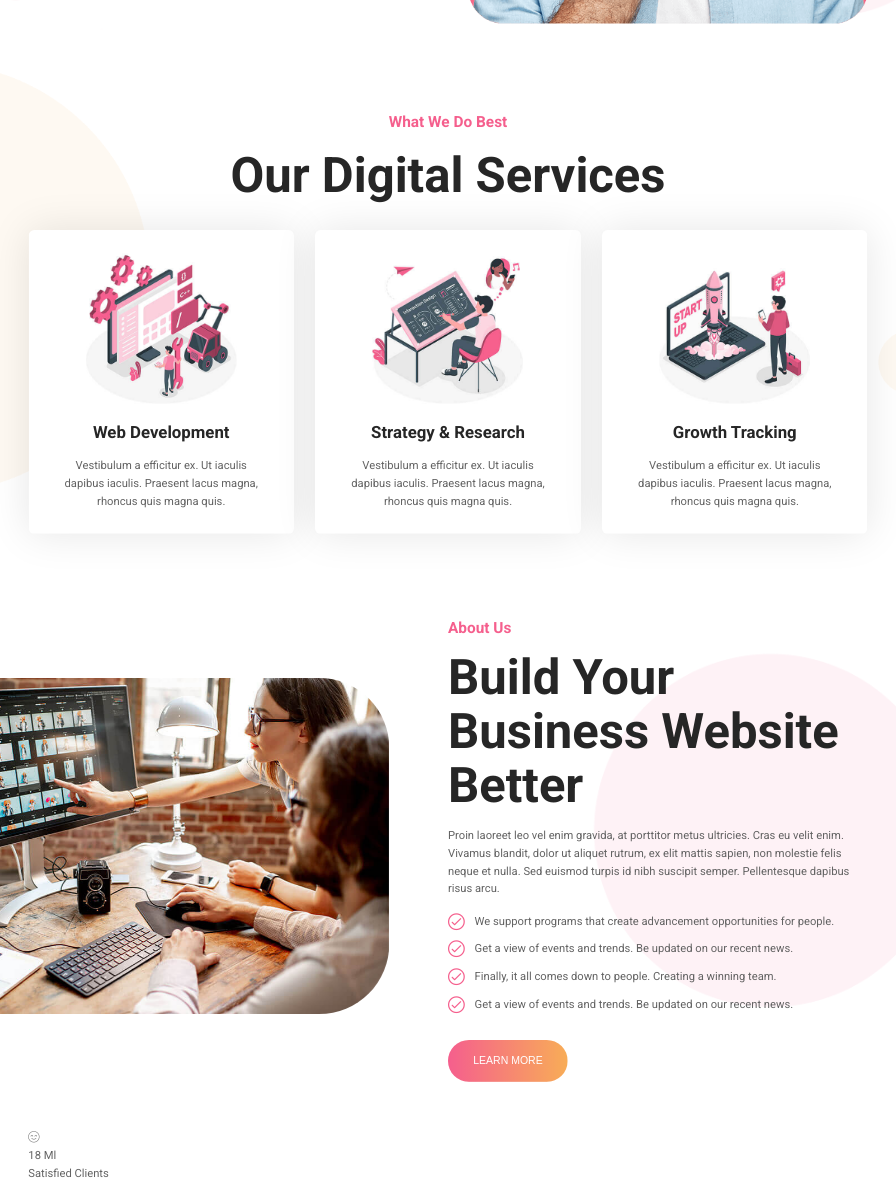
Repository: ducdatit2002/samar
Page: index.html
These files come from the project's save history. The page is drawn as it stood at one moment and after the next save; the edit follows.
The browser window is 1280 px wide. The pictures show the part of the page from y = 741 to 2661 px (the page is 2430 px tall before and 2661 px after), at 70% of full size.

Above is the page before, as saved 2023-07-27 09:54:37.

### index.html
<!DOCTYPE html>
<html lang="en">
  <head>
    <meta charset="UTF-8" />
    <meta name="viewport" content="width=device-width, initial-scale=1.0" />
    <title>Samar - HTML Template</title>

    <!-- FONT AWESOME -->
    <link
      rel="stylesheet"
      href="https://cdnjs.cloudflare.com/ajax/libs/font-awesome/6.4.0/css/all.min.css"
      integrity="sha512-iecdLmaskl7CVkqkXNQ/ZH/XLlvWZOJyj7Yy7tcenmpD1ypASozpmT/E0iPtmFIB46ZmdtAc9eNBvH0H/ZpiBw=="
      crossorigin="anonymous"
      referrerpolicy="no-referrer"
    />
    <!-- LINE AWESOME -->
    <link
      rel="stylesheet"
      href="https://maxst.icons8.com/vue-static/landings/line-awesome/line-awesome/1.3.0/css/line-awesome.min.css"
    />
    <!-- GOOGLE FONT -->
    <link rel="preconnect" href="https://fonts.googleapis.com" />
    <link rel="preconnect" href="https://fonts.gstatic.com" crossorigin />
    <link
      href="https://fonts.googleapis.com/css2?family=Hind:wght@300;400;700&family=Roboto:wght@300;400;500;700&display=swap"
      rel="stylesheet"
    />
    <!-- FLATICON -->
    <link rel="stylesheet" href="./css/flaticon/flaticon.css" />
    <!-- ANIMATE -->
    <link
      rel="stylesheet"
      href="https://cdnjs.cloudflare.com/ajax/libs/animate.css/4.1.1/animate.min.css"
    />
    <!-- ANIMATE WOW-->
    <link rel="stylesheet" href="./css/animate.css" />
    <!-- MAIN CSS -->
    <link rel="stylesheet" href="./index.css" />
  </head>
  <body>
    <!-- HEADER -->
    <header>
      <div class="container">
        <div class="header__content">
          <a href="#">
            <img src="./img/logo-2.png" alt="logo-2" />
          </a>
          <nav>
            <ul>
              <li>
                <a href="#">
                  <span>Home</span>
                  <i class="fa fa-chevron-down"></i>
                </a>
              </li>
              <li>
                <a href="#">
                  <span>Pages</span>
                  <i class="fa fa-chevron-down"></i>
                </a>
              </li>
              <li>
                <a href="#">
                  <span>Services</span>
                  <i class="fa fa-chevron-down"></i>
                </a>
              </li>
              <li>
                <a href="#">
                  <span>Post Layout</span>
                  <i class="fa fa-chevron-down"></i>
                </a>
              </li>
              <li>
                <a href="#">
                  <span>Blog</span>
                  <i class="fa fa-chevron-down"></i>
                </a>
              </li>
              <li>
                <a href="#">
                  <span>Contact Us</span>
                  <i class="fa fa-chevron-down"></i>
                </a>
              </li>
            </ul>
            <div class="header__button">
              <button class="btn-gradient">Get A Quote</button>
            </div>
          </nav>
        </div>
      </div>
    </header>
    <!-- CAROUSEL -->
    <section class="saCarousel">
      <div class="container">
        <div class="saCarousel__content">
          <div class="saCarousel__left">
            <div class="title">
              <p class="animate__animated animate__fadeInUp">We are The Best</p>
              <h2 class="animate__animated animate__fadeInUp animate__delay-1s">
                Freelance Product Designer Running
              </h2>
            </div>
            <div class="saCarousel__article">
              <p class="animate__animated animate__fadeInUp animate__delay-2s">
                We develop the relationships that underpin the next phase in
                your
                <br />organisation’s growth.
              </p>
              <ul class="animate__animated animate__fadeInUp animate__delay-3s">
                <li>
                  <i class="las la-check"></i>
                  Master's degree in designing
                </li>
                <li>
                  <i class="las la-check"></i>
                  Outstanding mobile design
                </li>
              </ul>
              <button
                class="btn-gradient animate__animated animate__fadeInUp animate__delay-4s"
              >
                GET STARTED
              </button>
            </div>
          </div>
          <div class="saCarousel__right">
            <div
              class="saCarousel__banner animate__animated animate__fadeInUp animate__delay-3s"
            >
              <img src="./img/pic3_1.png" alt="pic3_1" />
            </div>
          </div>
        </div>
      </div>
    </section>
    <!-- SERVICES -->
    <div class="services section-inner">
      <div class="container">
        <div class="title">
          <p>What We Do Best</p>
          <h2>Our Digital Services</h2>
        </div>
        <div class="services__content">
          <div class="services__item">
            <img src="./img/pic1_3.jpg" alt="pic1_3" />
            <h3>Web Development</h3>
            <p>
              Vestibulum a efficitur ex. Ut iaculis dapibus iaculis. Praesent
              lacus magna, rhoncus quis magna quis.
            </p>
          </div>
          <div class="services__item">
            <img src="./img/pic2_2.jpg" alt="pic2_2" />
            <h3>Strategy & Research</h3>
            <p>
              Vestibulum a efficitur ex. Ut iaculis dapibus iaculis. Praesent
              lacus magna, rhoncus quis magna quis.
            </p>
          </div>
          <div class="services__item">
            <img src="./img/pic3_2.jpg" alt="pic3_2" />
            <h3>Growth Tracking</h3>
            <p>
              Vestibulum a efficitur ex. Ut iaculis dapibus iaculis. Praesent
              lacus magna, rhoncus quis magna quis.
            </p>
          </div>
        </div>
      </div>
    </div>
    <!-- ABOUT US -->
    <section class="aboutUs section-inner">
      <div class="container">
        <div class="aboutUs__content">
          <div
            class="aboutUs__left wow animate__ animate__fadeInLeft animated"
            data-wow-duration="2s"
            data-wow-delay="0.2s"
            style="
              visibility: visible;
              animation-duration: 2s;
              animation-delay: 0.2s;
              animation-name: fadeInLeft;
            "
          >
            <img src="./img/pic1.jpg" alt="pic1" />
          </div>
          <div
            class="aboutUs__right wow animate__ animate__fadeInRight animated"
            data-wow-duration="2s"
            data-wow-delay="0.2s"
            style="
              visibility: visible;
              animation-duration: 2s;
              animation-delay: 0.2s;
              animation-name: fadeInRight;
            "
          >
            <div class="title">
              <p>About Us</p>
              <h2>Build Your Business Website Better</h2>
            </div>
            <p>
              Proin laoreet leo vel enim gravida, at porttitor metus ultricies.
              Cras eu velit enim. Vivamus blandit, dolor ut aliquet rutrum, ex
              elit mattis sapien, non molestie felis neque et nulla. Sed euismod
              turpis id nibh suscipit semper. Pellentesque dapibus risus arcu.
            </p>
            <ul>
              <li>
                <i class="flaticon-check"></i>
                We support programs that create advancement opportunities for
                people.
              </li>
              <li>
                <i class="flaticon-check"></i>
                Get a view of events and trends. Be updated on our recent news.
              </li>
              <li>
                <i class="flaticon-check"></i>
                Finally, it all comes down to people. Creating a winning team.
              </li>
              <li>
                <i class="flaticon-check"></i>
                Get a view of events and trends. Be updated on our recent news.
              </li>
            </ul>
            <button class="btn-gradient">Learn More</button>
          </div>
        </div>
      </div>
    </section>
    <section class="number">
      <div class="container">
        <div class="number__content">
          <div class="number__item">
            <i class="flaticon-smile"></i>
            <p>
              <span class="counter">18</span>
              Ml
            </p>
            <p>Satisfied Clients</p>
          </div>
        </div>
      </div>
    </section>
    <!-- ANIMATE WOW -->
    <script src="./js/wow.min.js"></script>
    <script>
      new WOW().init();
    </script>
    <!-- JQUERY -->
    <script
      src="https://cdnjs.cloudflare.com/ajax/libs/jquery/3.7.0/jquery.js"
      integrity="sha512-8Z5++K1rB3U+USaLKG6oO8uWWBhdYsM3hmdirnOEWp8h2B1aOikj5zBzlXs8QOrvY9OxEnD2QDkbSKKpfqcIWw=="
      crossorigin="anonymous"
      referrerpolicy="no-referrer"
    ></script>
  </body>
</html>

### index.css
/* GLOBAL */
* {
  margin: 0;
  padding: 0;
  box-sizing: border-box;
}
html,
body {
  font-family: "Hind", sans-serif;
  font-family: "Roboto", sans-serif;
  color: #636363;
  font-weight: 400;
  line-height: 1.6;
}
a {
  text-decoration: none;
}
.container {
  max-width: 1199px;
  margin: auto;
}
li {
  list-style: none;
}
.section-inner {
    padding-top: 115px;
}
/* TITLE */
.title p {
    font-weight: 600;
    font-size: 22px;
    margin-bottom: 20px;
    color: #f55f8d;
}
.title h2 {
    font-size: 70px;
    line-height: 1.1;
    font-weight: 800;
    color: #262626;
    margin-bottom: 20px;
}
/* HEADER */
header {
  position: absolute;
  top: 0;
  left: 0;
  width: 100%;
}
.header__content {
  display: flex;
  justify-content: space-between;
  align-items: center;
}
.header__content nav {
  display: flex;
  align-items: center;
}
.header__content nav ul {
  display: flex;
  margin-right: 30px;
}
.header__content li {
  padding: 55px 15px;
  list-style: none;
}
.header__content li a {
  color: #070120;
  text-transform: capitalize;
  font-size: 15px;
  font-weight: 500;
  transition: all 0.5s;
}
.header__content span {
  display: inline-block;
  transition: all 0.1s;
}
.header__content a:hover {
  color: #f55f8d;
}
.header__content a:hover span {
  animation: upToDown 0.3s;
}
.header__content i {
  font-size: 9px;
  margin-top: -3px;
  vertical-align: middle;
}
.btn-gradient {
  padding: 20px 35px;
  font-size: 15px;
  font-weight: 500;
  background-image: linear-gradient(
    to right,
    #f55f8d 0,
    #f8ae56 51%,
    #f55f8d 100%
  );
  background-size: 200%;
  border: 1px solid transparent;
  transition: all 0.5s;
  border-radius: 30px;
  color: #fff;
  cursor: pointer;
  outline: none;
  text-transform: uppercase;
  line-height: 1.2;
}
.btn-gradient:hover {
  background-position: right center;
  color: #fff;
  text-decoration: none;
}
/* CAROUSEL */
.saCarousel {
    padding-top: 180px;
    overflow: hidden;
    background-image: url(./img/pic2.png);
    background-position: top;
    background-size: 100%;
}
.saCarousel__content {
    display: flex;
    align-items: center;
}
.saCarousel__left {
    width: 60%;
}
.saCarousel__article p {
    font-size: 18px;
    margin-bottom: 15px;
}
.saCarousel__article ul {
    margin-bottom: 20px;
}
.saCarousel__article li {
    padding: 10px 5px 10px 0;
    font-size: 20px;
}
.saCarousel__article i {
    width: 35px;
    height: 35px;
    line-height: 35px;
    text-align: center;
    font-size: 24px;
    color: #fff;
    border-radius: 35px;
    font-weight: 900;
    background-image: linear-gradient(to right, #f55f8d 0, #f8ae56 51%, #f55f8d 100%);
    background-size: 200%;
    margin-right: 10px;
}
/* SERVICES */
.services {
    background-image: url(./img/bg2.png);
    background-size: cover;
    background-position: top center;
    text-align: center;
}
.services__content {
    display: grid;
    grid-template-columns: repeat(3, 1fr);
    gap: 30px;
    margin-top: 40px;
}
.services__item {
    border-radius: 0.5rem;
    background: #fff;
    box-shadow: 0 0 60px 0 rgba(0, 0, 0, 0.1);
    padding: 30px 45px;
    transform: translateY(0);
    transition: all 0.5s;
    border-image: 100 round;
    border: 3px solid transparent;
}
.services__item img {
    width: 215px;
}
.services__item h3 {
    font-weight: 700;
    font-size: 1.5rem;
    color: #262626;
    margin: 15px 0;
}
.services__item:hover {
    transform: translateY(-20px);
    border-image: url(../img/br.png) 1 round;
}
/* ABOUT US */
.aboutUs {
    background-image: url(../img/bg15.png);
    background-size: 100%;
    background-position: center right;
    background-repeat: no-repeat;
    padding-top: 450px;
    padding-bottom: 400px;
    overflow: hidden;
}
.aboutUs__content {
    display: flex;
    justify-content: flex-end;
    align-items: center;
    position: relative;
}
.aboutUs__left {
    width: 60%;
    position: absolute;
    left: -17%;
}
.aboutUs__left img {
    width: 100%;
    border-radius: 0 100px 100px 0;
}
.aboutUs__right {
  position: absolute;
    width: 50%;
}
.aboutUs__right p {
    margin-bottom: 15px;
}
.aboutUs__right ul {
    margin-bottom: 30px;
}
.aboutUs__right i {
    font-size: 24px;
    color: #f55f8d;
    margin-right: 10px;
    vertical-align: middle;
}


/*Animation */
@keyframes upToDown {
  49% {
    transform: translateY(100%);
  }
  50% {
    opacity: 0;
    transform: translateY(-100%);
  }
  51% {
    opacity: 1;
  }
}

Loaded but not shown: css/flaticon/flaticon.css (common file); css/animate.css (library); js/wow.min.js (library)

After the next save:
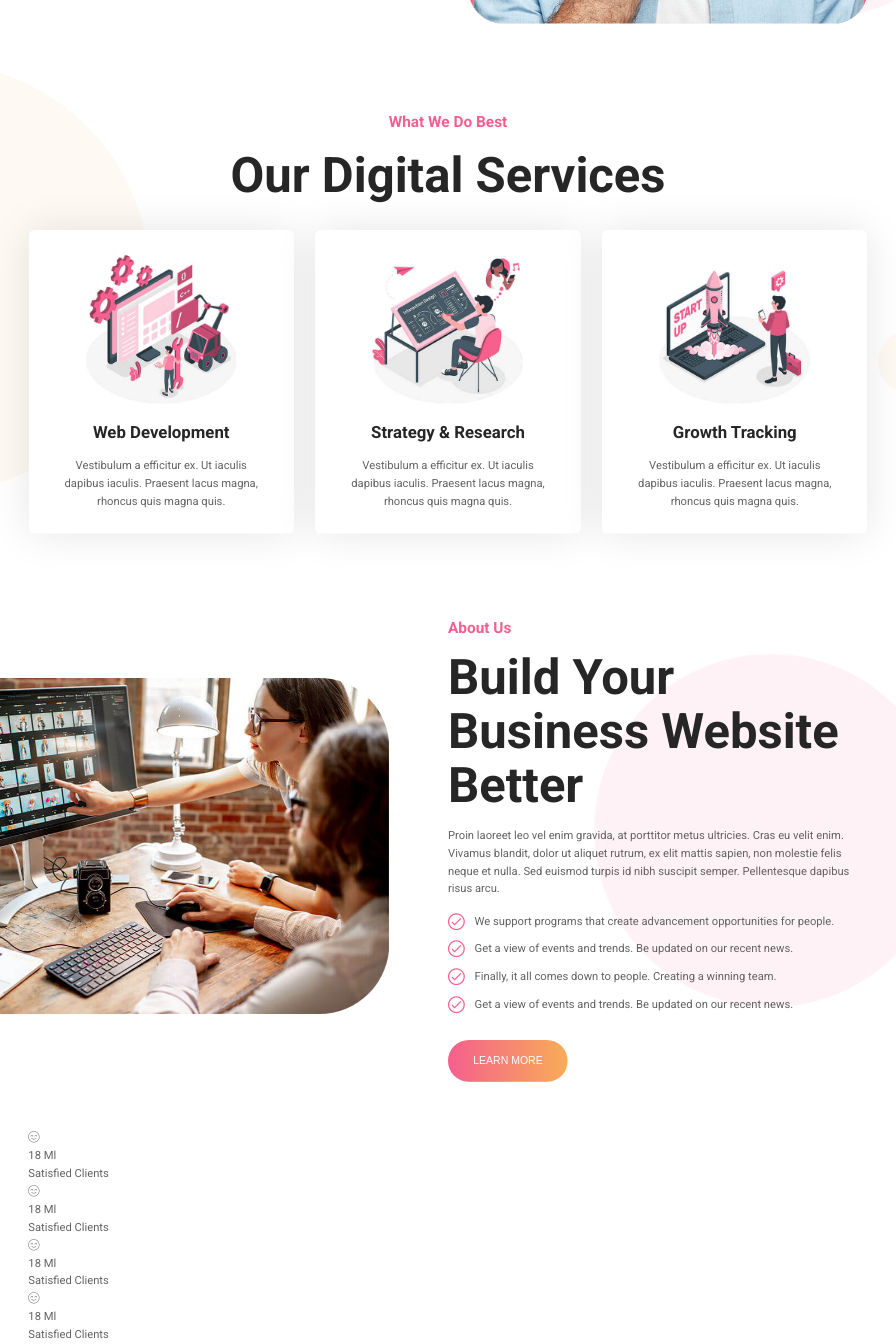
Saved 8 s later.
--- a/index.html
+++ b/index.html
@@ -243,6 +243,30 @@
             </p>
             <p>Satisfied Clients</p>
           </div>
+          <div class="number__item">
+            <i class="flaticon-smile"></i>
+            <p>
+              <span class="counter">18</span>
+              Ml
+            </p>
+            <p>Satisfied Clients</p>
+          </div>
+          <div class="number__item">
+            <i class="flaticon-smile"></i>
+            <p>
+              <span class="counter">18</span>
+              Ml
+            </p>
+            <p>Satisfied Clients</p>
+          </div>
+          <div class="number__item">
+            <i class="flaticon-smile"></i>
+            <p>
+              <span class="counter">18</span>
+              Ml
+            </p>
+            <p>Satisfied Clients</p>
+          </div>
         </div>
       </div>
     </section>
